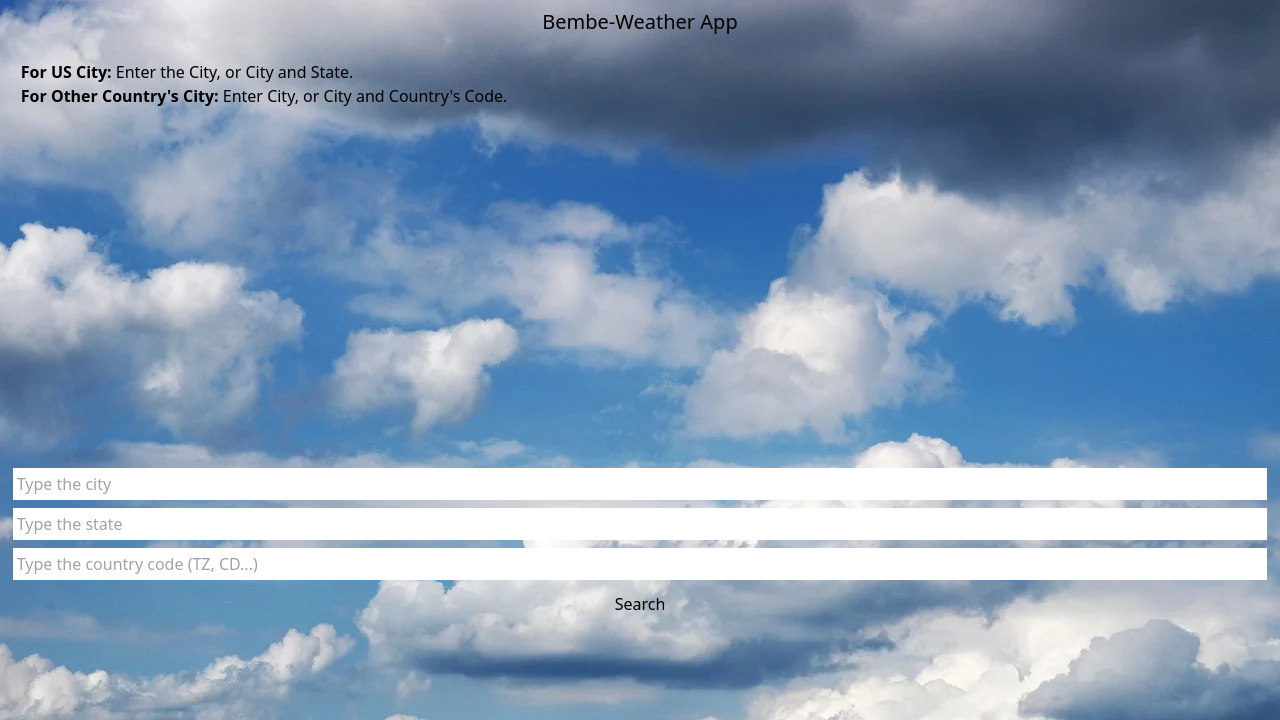
Repository: ShindanoSingi/bembe-weather
Page: /
The author's editor kept a copy of each file at every save. The page is drawn from the files as they stood at one save, then again after the next save.
The browser window is 1280 px wide. The pictures show the whole page.
The page's requests for data from a server got no answer. The project was rebuilt for these pictures with package versions that can differ from the ones it lists, and the page was loaded fresh each time. No one was signed in, and anything a server would have sent is missing.

Above is the page before, as saved 2022-09-14 23:41:48.

After the next save:
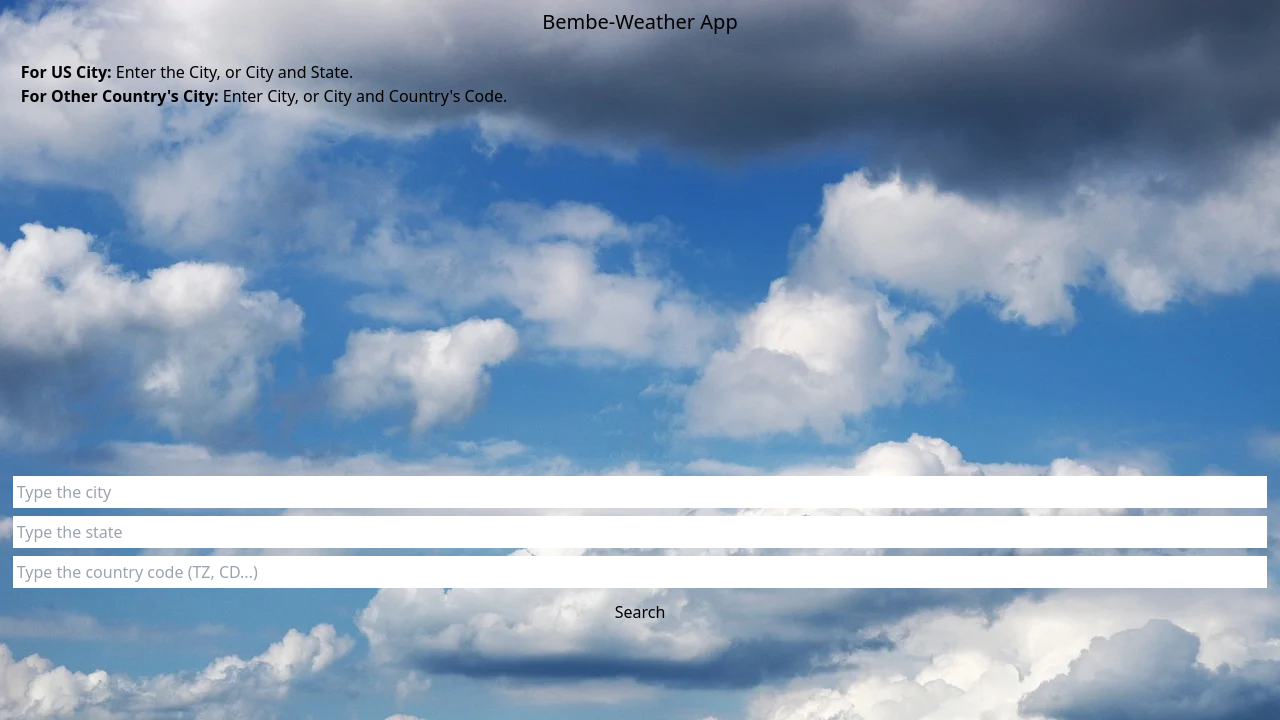
Saved 8 s later.
--- a/src/components/SearchForm.js
+++ b/src/components/SearchForm.js
@@ -10,7 +10,7 @@ const SearchForm = ({
   handleChangeCountry,
 }) => {
   return (
-    <div className="relative top-[18rem]">
+    <div className="relative top-[18.5rem]">
       <form className="form-container" onSubmit={handleSubmit} d-flex>
         <div className="flex flex-col items-center gap-2 form-container">
           <div className="flex flex-col gap-2">
